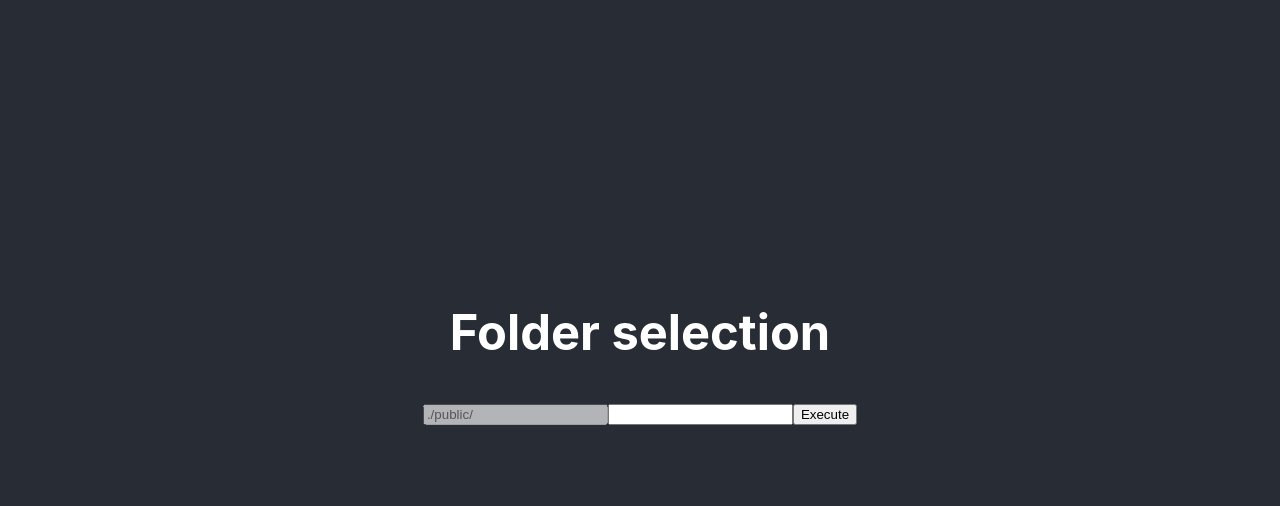
Repository: idubi/DevopsCourse
Page: / (app in lesson03/assignment/client/)
An editor plug-in stored every save of this project. The page is shown before and after the next save, followed by the edit.
The browser window is 1280 px wide. The pictures show the whole page.
The project was rebuilt for these pictures with package versions that can differ from the ones it lists, and the page was loaded fresh each time.

Above is the page before, as saved 2023-06-15 01:48:29.

After the next save:
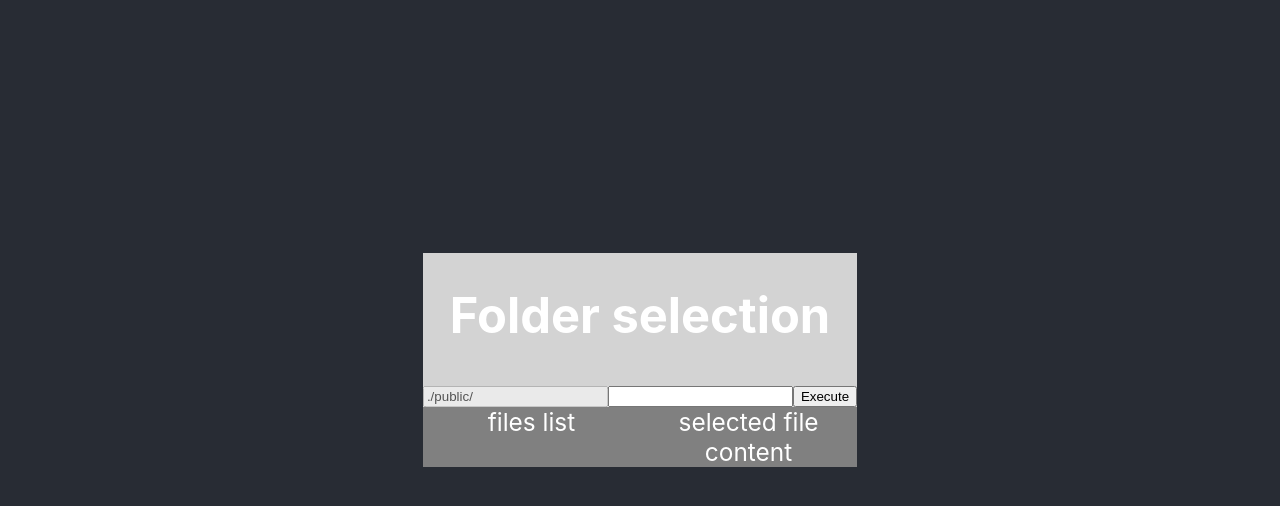
Saved 36 min 50 s later.
--- a/lesson03/assignment/client/src/components/FilesBrowser.js
+++ b/lesson03/assignment/client/src/components/FilesBrowser.js
@@ -1,5 +1,5 @@
 import React, { useState } from "react";
-
+import styled from "styled-components";
 function FileBrowser() {
   const [path, setPath] = useState("");
   const [response, setResponse] = useState("");
@@ -16,14 +16,41 @@ function FileBrowser() {
   };
 
   return (
-    <div>
-      <h1>Folder selection</h1>
-      <input type="text" value="./public/" disabled />
-      <input type="text" value={path} onChange={handlePathChange} />
-      <button onClick={handleExecute}>Execute</button>
-      <pre>{response}</pre>
-    </div>
+    <Container>
+      <Upper>
+        <h1>Folder selection</h1>
+        <input type="text" value="./public/" disabled />
+        <input type="text" value={path} onChange={handlePathChange} />
+        <button onClick={handleExecute}>Execute</button>
+      </Upper>
+      <Lower>
+        <LowerDiv>files list</LowerDiv>
+        <LowerDiv>selected file content</LowerDiv>
+      </Lower>
+    </Container>
   );
 }
 
+const Container = styled.div`
+  display: flex;
+  flex-direction: column;
+  height: 100%;
+`;
+
+const Upper = styled.div`
+  height: 30%;
+  background-color: lightgray;
+`;
+
+const Lower = styled.div`
+  display: flex;
+  flex-direction: row;
+  height: 70%;
+`;
+
+const LowerDiv = styled.div`
+  width: 50%;
+  background-color: gray;
+`;
+
 export default FileBrowser;
